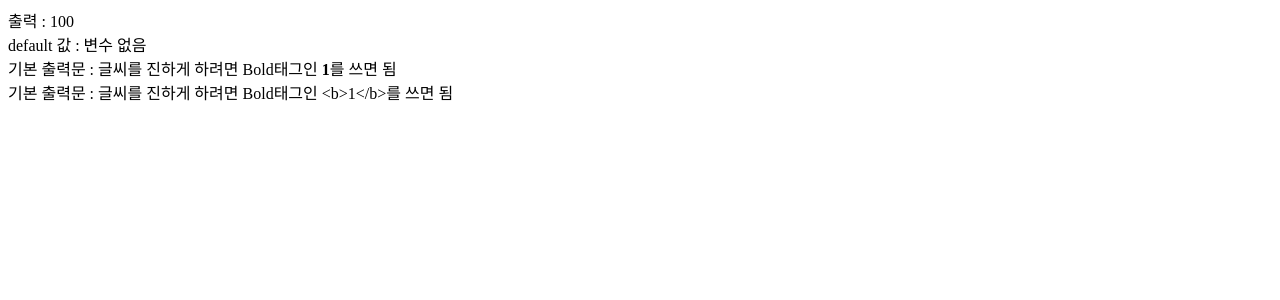
Repository: ajtwls1256/Web-workspace
Page: http://localhost/Day55-jspTag/JSTL/jsp_JSTL_Basic4.jsp
The author's editor kept a copy of each file at every save. The page is drawn from the files as they stood at one save, then again after the next save.
The browser window is 1280 px wide. The pictures show the whole page.
The page is served by Tomcat 9. The template is opened directly, without the code that normally fills it, so the values that code supplies are empty.

Above is the page before, as saved 2019-10-14 05:00:05.

After the next save:
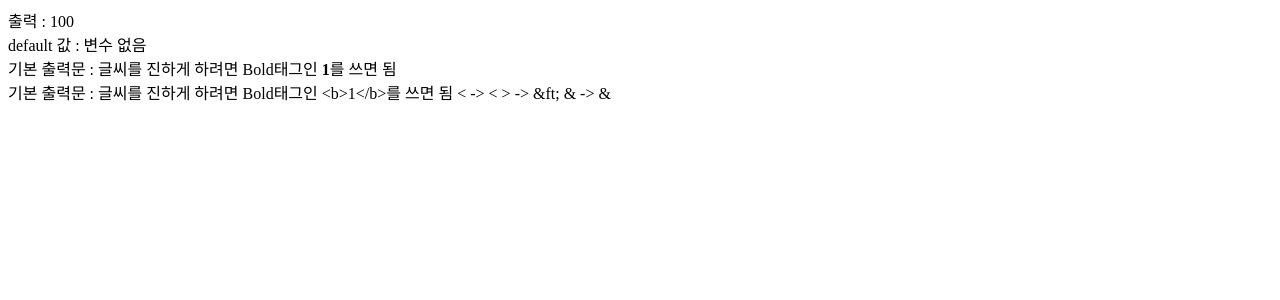
Saved 71 s later.
--- a/Day55-jspTag/WebContent/JSTL/jsp_JSTL_Basic4.jsp
+++ b/Day55-jspTag/WebContent/JSTL/jsp_JSTL_Basic4.jsp
@@ -12,5 +12,8 @@
 	default 값 : <c:out value="${data }" default="변수 없음"/><br>		<!-- 값을 출력하면서 바로 값이없을때 default값 설정가능 -->
 	기본 출력문 : 글씨를 진하게 하려면 Bold태그인 <b>1</b>를 쓰면 됨<br>
 	기본 출력문 : <c:out value="글씨를 진하게 하려면 Bold태그인 <b>1</b>를 쓰면 됨" />
+	< -> &lt;
+	> -> &ft;
+	& -> &amp;
 </body>
 </html>
